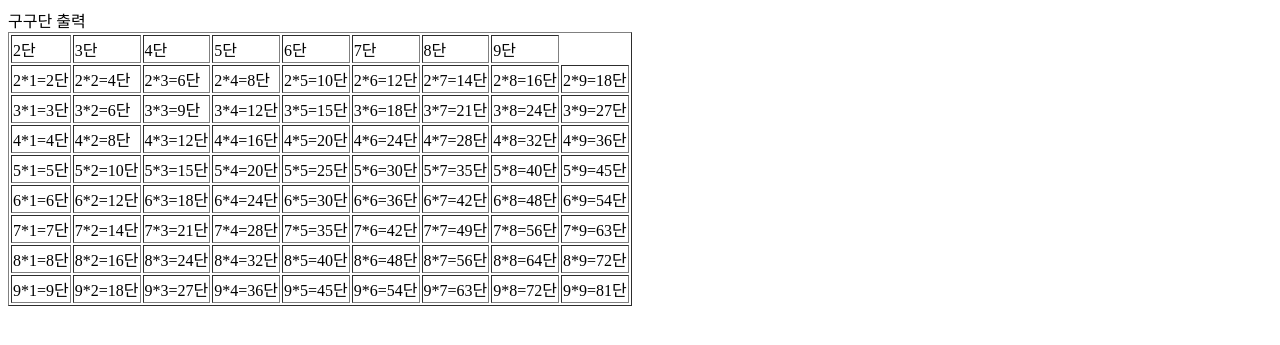
Repository: parkmyounghoi/20201113
Page: http://localhost/20201109/ex0501.jsp
An editor plug-in stored every save of this project. The page is shown before and after the next save, followed by the edit.
The browser window is 1280 px wide. The pictures show the whole page.
The page is served by Tomcat 9.

Above is the page before, as saved 2020-11-09 02:24:23.

### 20201109/WebContent/ex0501.jsp
<%@ page language="java" contentType="text/html; charset=UTF-8"
    pageEncoding="UTF-8"%>
<!DOCTYPE html>
<html>
<head>
<meta charset="UTF-8">
<title>Insert title here</title>
</head>
<body>
구구단 출력
<table border="1">
	<tr>
		<td>2단</td><td>3단</td><td>4단</td><td>5단</td>
		<td>6단</td><td>7단</td><td>8단</td><td>9단</td>
	</tr>
<%
	for(int i = 2; i<10; i++){
		out.println("<tr>");
		for(int j = 1; j<10; j++){
			out.println("<td>"+i+"*"+j+"="+(j*i)+"단</td>");
		}
		out.println("</tr>");
	}
%>
</table>
</body>
</html>

After the next save:
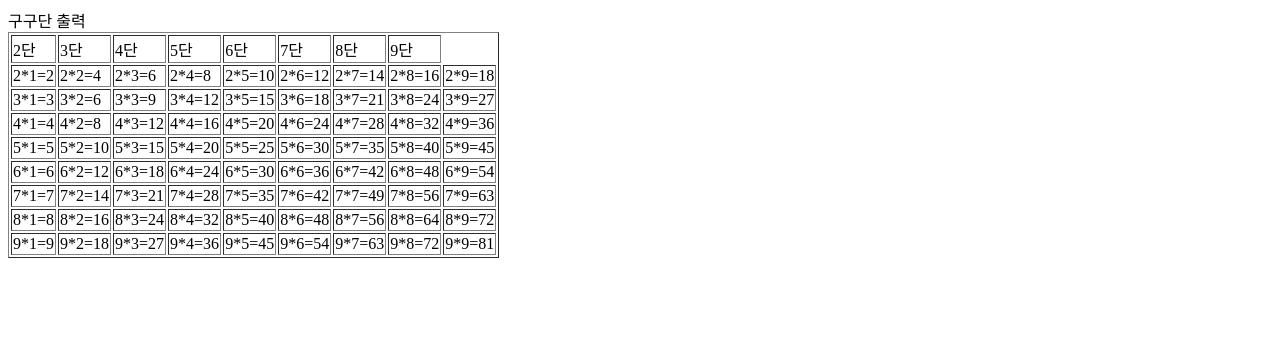
Saved 36 s later.
--- a/20201109/WebContent/ex0501.jsp
+++ b/20201109/WebContent/ex0501.jsp
@@ -17,7 +17,7 @@
 	for(int i = 2; i<10; i++){
 		out.println("<tr>");
 		for(int j = 1; j<10; j++){
-			out.println("<td>"+i+"*"+j+"="+(j*i)+"단</td>");
+			out.println("<td>"+i+"*"+j+"="+(j*i)+"</td>");
 		}
 		out.println("</tr>");
 	}
